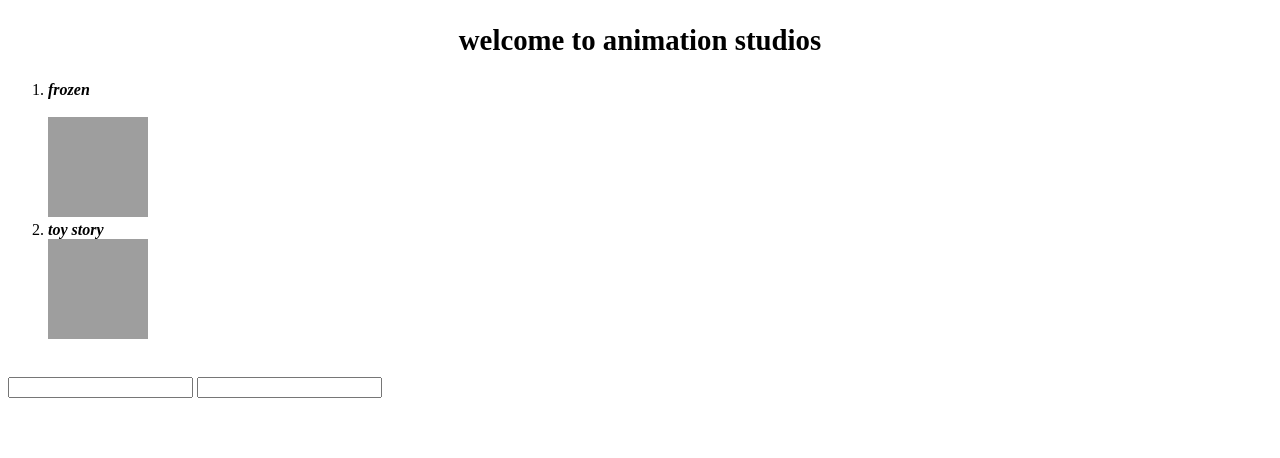
Repository: Rock-ass/New-folder--2-
Page: index.html
These files come from the project's save history. The page is drawn as it stood at one moment and after a run of saves; the edit follows.
The browser window is 1280 px wide. The pictures show the whole page.
Pictures or frames that could not be fetched are drawn as grey boxes.

Above is the page before, as saved 2021-12-24 21:33:18.

After the next 5 saves:
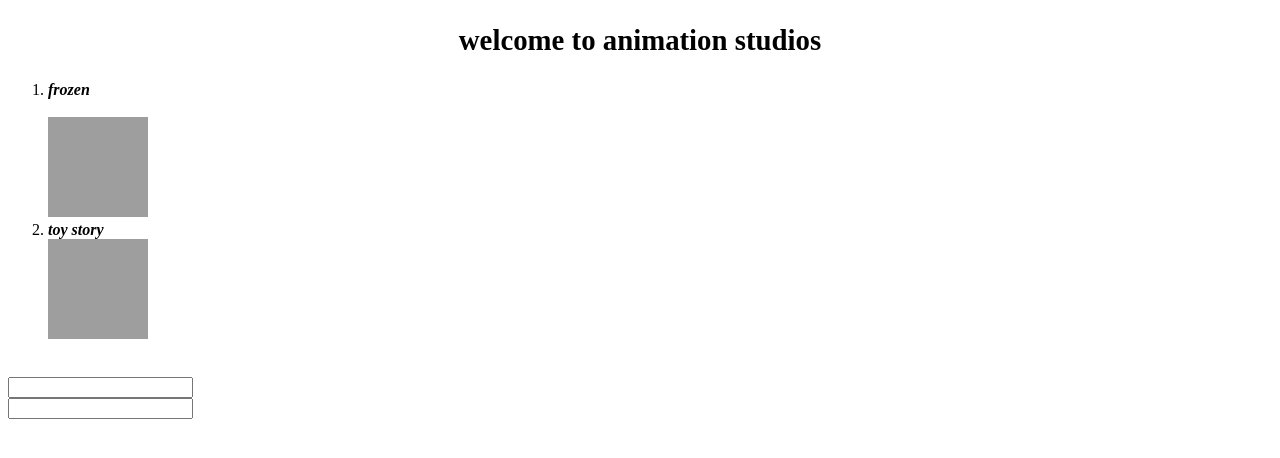
The 5 saves are shown as one change because they came seconds apart.
The last was saved 16 s later.
--- a/index.html
+++ b/index.html
@@ -51,10 +51,12 @@
 
 </ol>
 <form action="results.html" method="get">
-    <div></div>
+    <div>
 <input type="name"  >
-
+</div>
+<div>
 <input type="email" >
+</div>
 
 </form>
 
